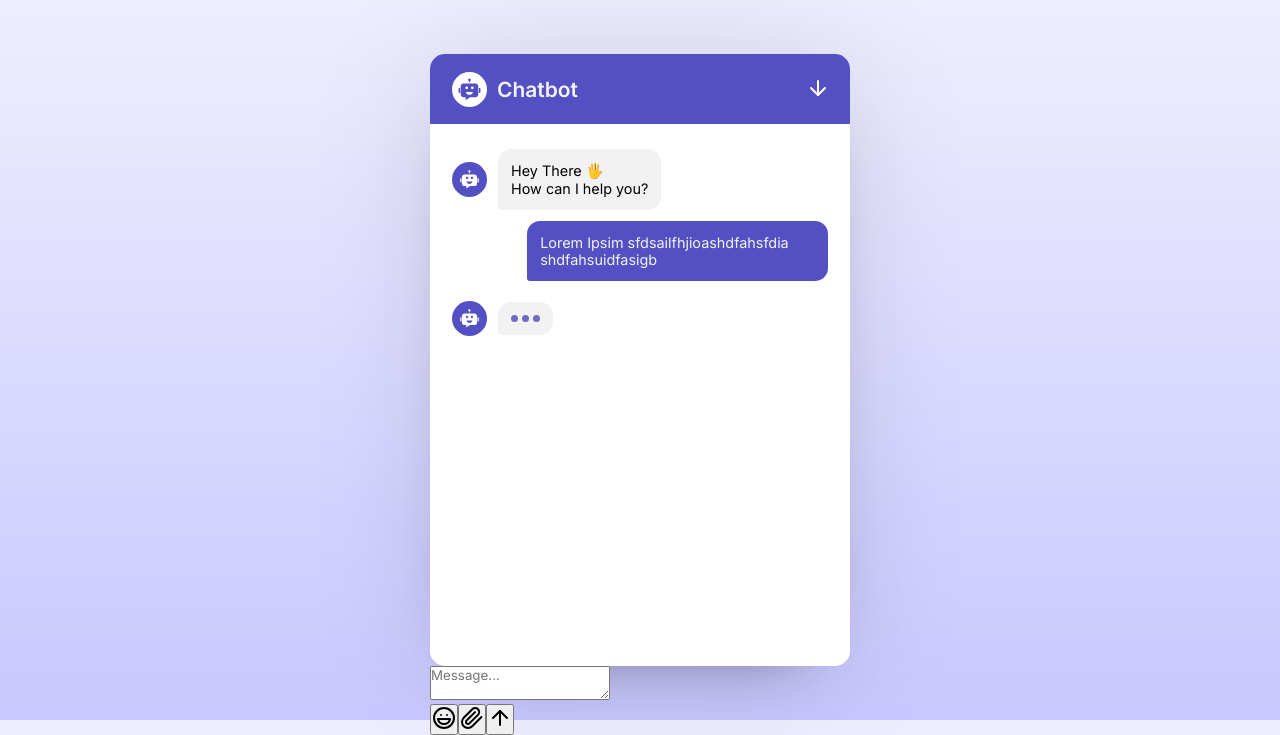
Repository: guilhermecardoso93/ai-bot
Page: /
An editor plug-in stored every save of this project. The page is shown before and after the next save, followed by the edit.
The browser window is 1280 px wide. The pictures show the whole page.
The project was rebuilt for these pictures with package versions that can differ from the ones it lists, and the page was loaded fresh each time. Also part of the build but not shown: vite.config.js.

Above is the page before, as saved 2024-11-12 19:50:25.

After the next save:
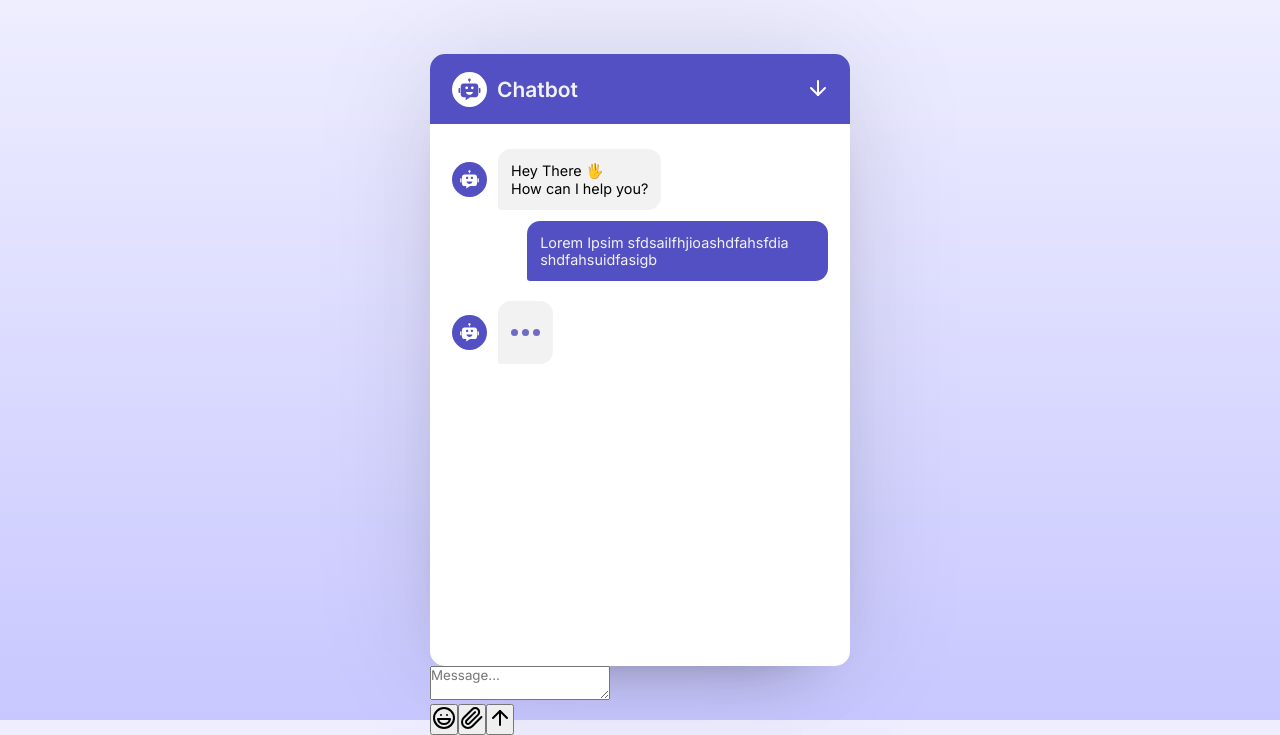
Saved 12 s later.
--- a/src/index.css
+++ b/src/index.css
@@ -146,6 +146,7 @@ body {
 .chat-body .bot-message .thinking-indicator {
   display: flex;
   gap: 4px;
+  padding-block: 15px;
 }
 
 .chat-body .bot-message .thinking-indicator .dot {
